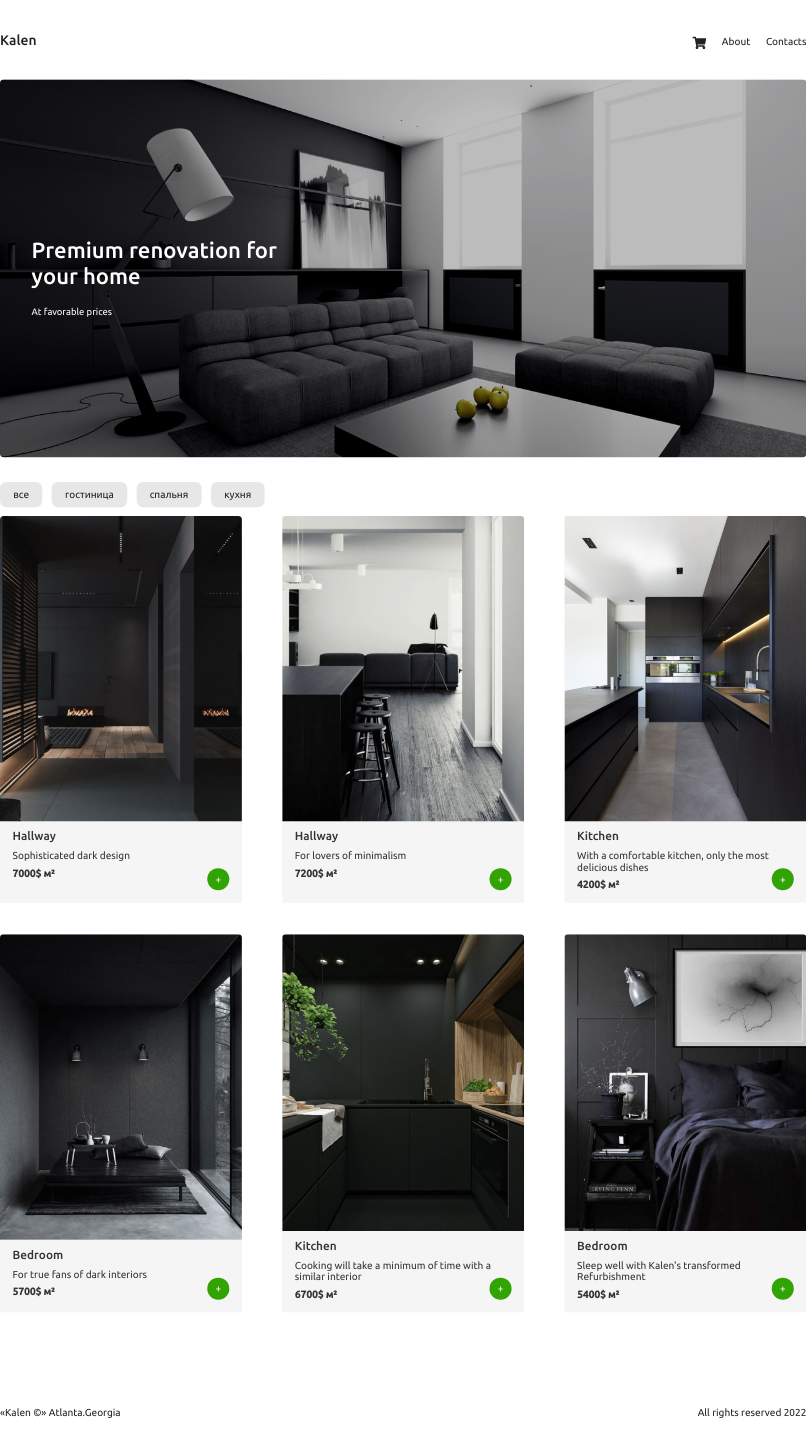
Repository: luckystar20206/e-commerce-react
Page: /
These files come from the project's save history. The page is drawn as it stood at one moment and after a run of saves; the edit follows.
The browser window is 1280 px wide. The pictures show the whole page, at 63% of full size.
The project was rebuilt for these pictures with package versions that can differ from the ones it lists, and the page was loaded fresh each time. Also part of the build but not shown: src/components/Order/Order.css, src/components/Order/Order.jsx.

Above is the page before, as saved 2022-12-02 00:57:45.

### public/index.html
<!DOCTYPE html>
<html lang="ru">
	<head>
    	<meta charset="utf-8" />
    	<link rel="shortcut icon" href="img/logo.svg" type="image/png">
    	<meta name="viewport" content="width=device-width, initial-scale=1" />
    	<title>Kalen | apartments</title>
		<meta name="keywords" content="Premium renovation for your apartments">
    	<meta name="discription" content="Kalen professionally transform your apartments, taking into account all the details of the repair.">
		<link rel="preconnect" href="https://fonts.googleapis.com">
		<link rel="preconnect" href="https://fonts.gstatic.com" crossorigin>
		<link href="https://fonts.googleapis.com/css2?family=Ubuntu:wght@400;500&display=swap" rel="stylesheet">
	</head>
	<body>
    	<noscript>You need to enable JavaScript to run this app.</noscript>

    	<div id="root"></div>

  	</body>
</html>

### src/index.css
* {
	margin: 0;
	padding: 0;
}

body {
	background: #fff;
	color: #222;
	font-family: 'Ubuntu', sans-serif;
}

h3 {
	font-weight: 500;
}


.app {
	width: 1280px;
	margin: 50px auto;
	padding: 0;
}

### src/App.jsx
import React, { Component } from 'react';
import Header from './components/Header/Header.jsx'
import Footer from './components/Footer/Footer.jsx'
import Items from './components/Items/Items'
import Categories from './components/Categories/Categories.jsx';

export default class App extends Component {
	constructor(props) {
		super(props)
		this.state = {
			orders: [],
			currentItems: [],
			items: [
				{
					id: 1,
					title: 'Hallway',
					img: '1_img.jpg',
					desc: 'Sophisticated dark design',
					category: 'Hallway',
					price: '7000$ м²'
				},
				{
					id: 2,
					title: 'Hallway',
					img: '2_img.jpg',
					desc: 'For lovers of minimalism',
					category: 'Hallway',
					price: '7200$ м²'
				},
				{
					id: 3,
					title: 'Kitchen',
					img: '3_img.jpg',
					desc: 'With a comfortable kitchen, only the most delicious dishes',
					category: 'Kitchen',
					price: '4200$ м²'
				},
				{
					id: 4,
					title: 'Bedroom',
					img: '4_img.jpg',
					desc: 'For true fans of dark interiors',
					category: 'Bedroom',
					price: '5700$ м²'
				},
				{
					id: 5,
					title: 'Kitchen',
					img: '5_img.jpg',
					desc: 'Cooking will take a minimum of time with a similar interior',
					category: 'Kitchen',
					price: '6700$ м²'
				},
				{
					id: 6,
					title: 'Bedroom',
					img: '6_img.jpg',
					desc: 'Sleep well with Kalen\'s transformed Refurbishment',
					category: 'Bedroom',
					price: '5400$ м²'
				}
			]
		}
		this.state.currentItems = this.state.items
		this.addToOrder = this.addToOrder.bind(this)
		this.deleteOrder = this.deleteOrder.bind(this)
		this.chooseCategory = this.chooseCategory.bind(this)
	}

	deleteOrder(id) {
		this.setState({
			orders: this.state.orders.filter(el => el.id !== id
		)})
	}

	addToOrder(item) {
		let isInArray = false

		this.state.orders.forEach(el => {
			if(el.id === item.id)
				isInArray = true
		})
		if (!isInArray)
			this.setState({ orders: [...this.state.orders, item] })
	}

	chooseCategory(category) {
		if (category === 'all') {
			this.setState({currentItems: this.state.items})
			return
		}

		this.setState({
			currentItems: this.state.items.filter(el => el.category === category)
		})
	}

	render() {
		return (
			<div className='app'>
				<Header orders={this.state.orders} onDelete={this.deleteOrder}/>
				<Categories chooseCategory={this.chooseCategory}/>
				<Items items={this.state.currentItems} onAdd={this.addToOrder}/>
				<Footer />
			</div>
		);
	}
}

### src/components/Header/Header.jsx
import React, { useState } from 'react'
import './Header.css'
import { FaShoppingCart } from "react-icons/fa";
import Order from '../Order/Order'

const showOrders = (props) => {
    let total = 0
    props.orders.forEach(el => total += Number.parseFloat(el.price))
    return (
        <div>
            {props.orders.map(el => (
                <Order
                    onDelete={props.onDelete}
                    key={el.id}
                    item={el}
                />
            ))}
            <p className='total'>Count: {total}$</p>
        </div>
    )
}

const showNothing = (props) => {
    return (
        <div className='header__notFound'>
            <h4>Cart is empty</h4>
        </div>
    )
}

export default function Header(props) {
    let [cartOpen, setCartOpen] = useState(false)
    return (
        <header>
            <div className='header'>
                <span className="header__logo">Kalen</span>
                <ul className="header__nav">
                    <li>About</li>
                    <li>Contacts</li>
                </ul>
                <FaShoppingCart
                    onClick={() => setCartOpen(cartOpen = !cartOpen)}
                    className={`header__shop ${cartOpen && 'active'}`}
                />
                {cartOpen && (
                    <div className='header__shop-open'>
                        {props.orders.length > 0  ?
                        showOrders(props) : showNothing()}
                    </div>
                )}
            </div>
            <div className='header__images'></div>
        </header>
    )
}

### src/components/Footer/Footer.jsx
import React from 'react'
import './footer.css'

export default function Footer() {
    return (
        <footer>
            <p>«Kalen &copy;» Atlanta.Georgia</p>
            <p>All rights reserved 2022</p>
        </footer>
    )
}

### src/components/Items/Items.jsx
import React, { Component } from 'react'
import './Items.css'
import Item from '../Item/Item'

export class Items extends Component {
	render() {
		return (
      		<main>
				{this.props.items.map(el => (
					<Item
						key={el.id}
						item={el}
						onAdd={this.props.onAdd}
					/>
				))}
			</main>
    	)
  	}
}

export default Items

### src/components/Categories/Categories.jsx
import React, { Component } from 'react'
import './Categories.css'

export class Categories extends Component {
    constructor(props) {
        super(props)
        this.state = {
            categories: [
                {
                    key: 'all',
                    name: 'все'
                },
                {
                    key: 'Hallway',
                    name: 'гостиница'
                },
                {
                    key: 'Bedroom',
                    name: 'спальня'
                },
                {
                    key: 'Kitchen',
                    name: 'кухня'
                }
            ]
        }
    }
    render() {
        return (
            <div className='categories'>
                {this.state.categories.map(el => (
                    <div key={el.key} onClick={() => this.props.chooseCategory(el.key)}>{el.name}</div>
                ))}
            </div>
        )
    }
}

export default Categories

### src/components/Header/Header.css
.header {
	position: relative;
	font-weight: 500;
	font-size: 22px;
}

.header__shop {
	margin-top: 7px;
	float: right;
	align-items: center;
	cursor: pointer;
	transition: 0.3s;
}

.header__shop:hover,
.header__shop.active {
	color: rgb(49, 164, 3)
}

.header__shop-open {
	position: absolute;
	top: 30px;
	right: 0;
	width: 450px;
	background: #f1f1f1;
	box-shadow: 4px 5px 15px -7px #606060;
	z-index: 1000;

	padding: 20px;
}

.header__notFound h4 {
	font-weight: 400;
	flex: 20px;
	margin-bottom: 20px;
}

.header__nav {
	float: right;
	list-style: none;
}

.header__nav li {
	display: inline;
	margin-left: 25px;
	cursor: pointer;
	font-size: 16px;
	font-weight: 300;
	transition: 0.3s;
}

.header__nav li:hover {
	opacity: 0.7;
}

.header__images {
	margin: 50px auto;
	background: url('/src/img/main_img.jpg') no-repeat;
	background-size: cover;
	background-position: center center;
	background-blend-mode: multiply;
	background-color: #bcbcbc;
	border-radius: 6px;
	width: 100%;
	height: 600px;
	position: relative;
}

.header__images::after {
	content: 'Premium renovation for your home';
	max-width: 400px;
	position: absolute;
	top: 250px;
	left: 50px;
	font-size: 35px;
	font-weight: 500;
	color: #fff
}

.header__images::before {
	content: 'At favorable prices';
	position: absolute;
	top: 360px;
	left: 50px;
	font-size: 15px;
	font-weight: 300;
	color: #fff
}

.total {
	float: left;
	font-size: 18px;
	margin-top: 15px;
}

### src/components/Footer/footer.css
footer {
	display: flex;
	justify-content: space-between;
	align-items: center;
	margin-top: 100px;
}

### src/components/Items/Items.css
main {
    display: flex;
    width: 100%;
    flex-wrap: wrap;
    justify-content: space-between;
}

### src/components/Item/Item.jsx
import React, { Component } from 'react'
import './Item.css'

export class Item extends Component {
    render() {
        return (
            <div className='card'>
                <img src={'./img/' + this.props.item.img} alt="img" />
                <h3 className='card__title'>{this.props.item.title}</h3>
                <p className='card__desc'>{this.props.item.desc}</p>
                <b className='card__price'>{this.props.item.price}</b>
                <div
                    className='card__add'
                    onClick={() =>
                        this.props.onAdd(this.props.item)
                    }>
                        +
                </div>
            </div>
        )
    }
}

export default Item

### src/components/Categories/Categories.css
.categories {
    margin-bottom: 25px;
}

.categories div {
    cursor: pointer;
    display: inline;
    background: #e7e7e7;
    border-radius: 10px;
    padding: 10px 20px;
    margin-right: 15px;
    border: 1px solid transparent;
    transition: 0.3s;
}

.categories div:hover {
    border-color: silver;

}

### src/components/Item/Item.css
.card {
    width: 30%;
    margin-bottom: 50px;
    background: #f5f5f5;
    overflow: hidden;
    position: relative;
    padding-bottom: 20px;
}

.card img {
    width: 100%;
    border-radius: 6px 6px 0 0;
    transition: 0.6s;
    cursor: pointer;
}

.card img:hover {
    transform: scale(1.05);
}

.card__title ,
.card__desc,
.card__price {
    margin: 10px 20px;
    color: #333;
}

.card__add {
    position: absolute;
    right: 20px;
    bottom: 20px;
    background: rgb(49, 164, 3);
    width: 35px;
    height: 35px;
    text-align: center;
    line-height: 35px;
    color: #fff;
    border-radius: 50%;
    cursor: pointer;
    transition: 0.6s;
}

.card__add:hover {
    transform: scale(1.05) translateY(-5px);
}

Loaded but not shown: src/index.js (common file)

After the next 2 saves:
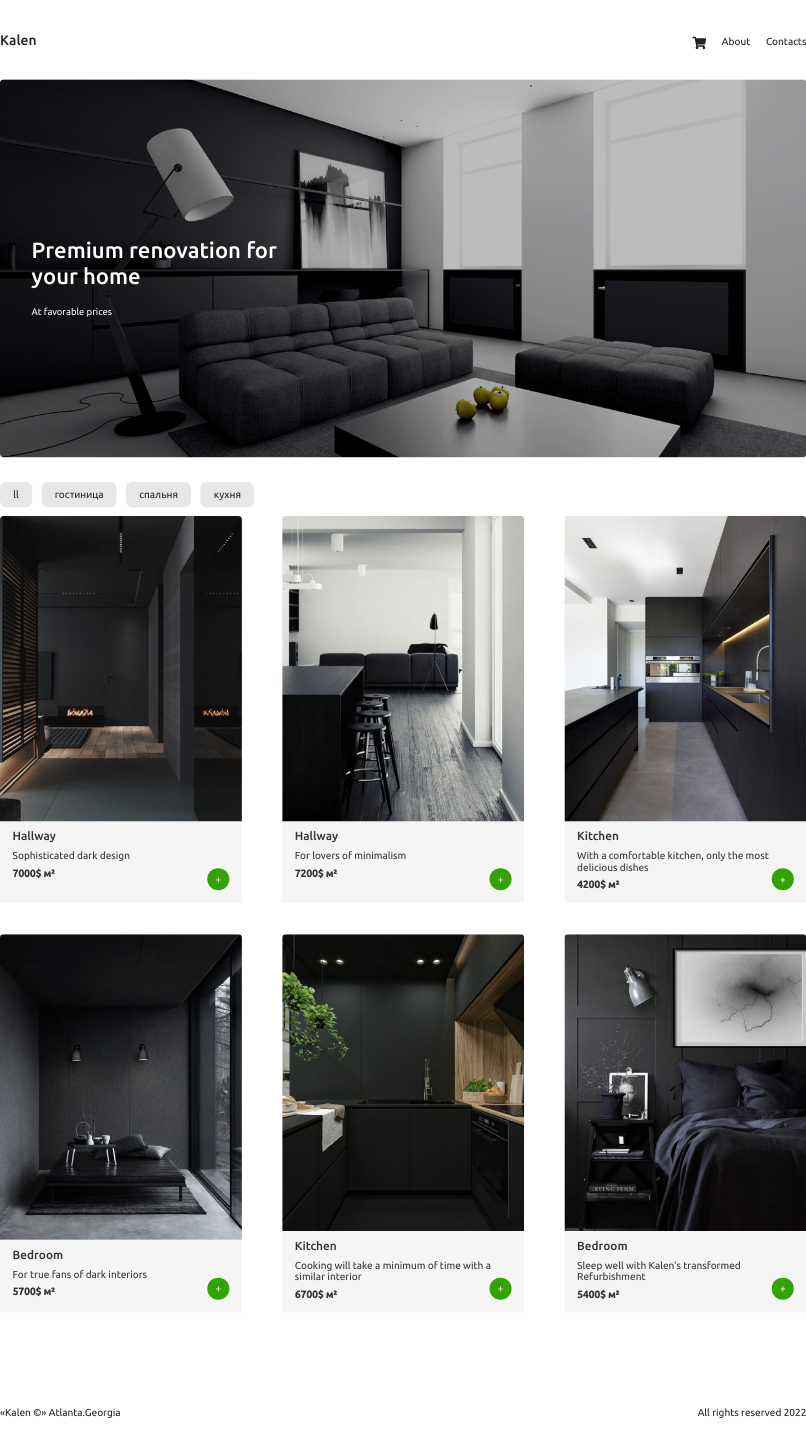
The 2 saves are shown as one change because they came seconds apart.
The last was saved 65 s later.
--- a/src/components/Categories/Categories.jsx
+++ b/src/components/Categories/Categories.jsx
@@ -8,7 +8,7 @@ export class Categories extends Component {
             categories: [
                 {
                     key: 'all',
-                    name: 'все'
+                    name: 'll'
                 },
                 {
                     key: 'Hallway',
